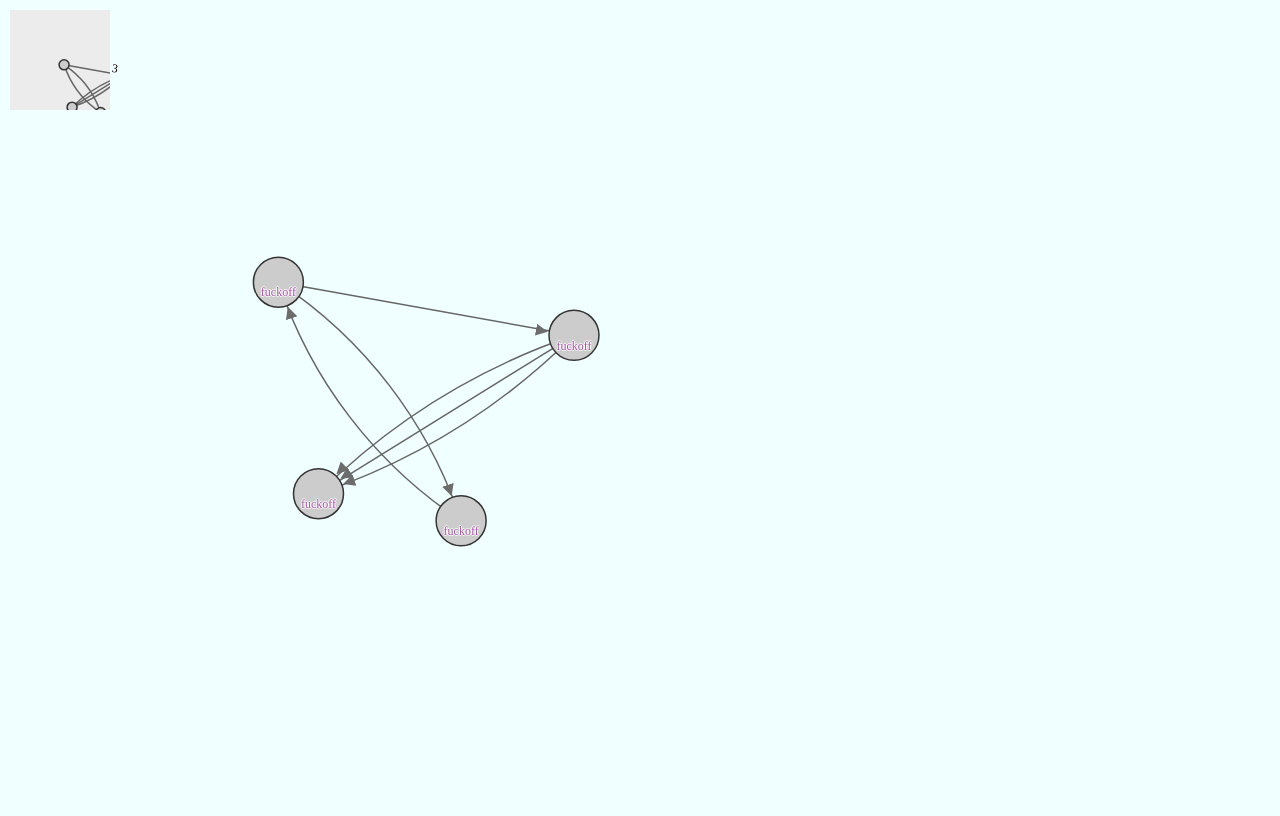
Repository: 467469274/fource
Page: index copy.html
An editor plug-in stored every save of this project. The page is shown before and after the next save, followed by the edit.
The browser window is 1280 px wide. The pictures show the whole page.
Some web libraries are served in a nearby version.

Above is the page before, as saved 2020-10-28 09:43:38.

### index copy.html
<html>
  <head>
    <meta charset="utf-8" />
    <title>关系图示例</title>
    <style>
      .div-left {
        float: right;
      }
    </style>
    <!--  <script charset="utf-8" src="/ews/js/r2d3.min.js"></script> -->
    <!-- <script charset="utf-8" src="d3.v4.min.js"></script> -->
    <script src="http://d3js.org/d3.v5.min.js"></script>
    <script src="./2D.js"></script>
    <script src="http://libs.baidu.com/jquery/2.0.0/jquery.min.js"></script>
    <script src="./index.js"></script>
    <link rel="stylesheet" href="./index.css" />
  </head>
  <body id="body" bgcolor="#F0Ffff">
    <div id="thumbMap"></div>
    <script>
      var clickTime = "";
      var links = [
        {
          targetname: "哇哈哈",
          relaname: "1关系",
          sourcename: "洗刷刷",
          source: "bh001",
          target: "bh002",
        },
        {
          targetname: "哇哈哈",
          relaname: "2关系",
          sourcename: "洗刷刷",
          source: "bh001",

          target: "bh002",
        },
        {
          targetname: "哇哈哈",
          relaname: "3关系",
          sourcename: "洗刷刷",

          source: "bh001",
          target: "bh002",
        },
        {
          targetname: "喜洋洋",
          relaname: "2关系",
          sourcename: "美洋洋",

          source: "bh003",
          target: "bh004",
        },
        {
          targetname: "洗刷刷",
          relaname: "3关系",

          sourcename: "喜洋洋",
          source: "bh003",
          target: "bh001",
        },
        {
          targetname: "喜洋洋",
          relaname: "1关系",
          sourcename: "洗刷刷",
          source: "bh004",

          target: "bh003",
        },
      ];
      //关系分组
      var linkGroup = {};
      var tips = {};
      var startLoc = [];
      var endLoc = [];
      var drawFlag = "";
      const circleInfo = {
        r: 25,
        stroke: 1,
      };

      // console.log(Intersection.intersectShapes)
      const lineDots = {};
      //对连接线进行统计和分组，不区分连接线的方向，只要属于同两个实体，即认为是同一组
      var linkmap = {};
      for (var i = 0; i < links.length; i++) {
        var key =
          links[i].source < links[i].target
            ? links[i].source + ":" + links[i].target
            : links[i].target + ":" + links[i].source;
        if (!linkmap.hasOwnProperty(key)) {
          linkmap[key] = 0;
        }
        linkmap[key] += 1;
        if (!linkGroup.hasOwnProperty(key)) {
          linkGroup[key] = [];
        }
        linkGroup[key].push(links[i]);
      }
      //为每一条连接线分配size属性，同时对每一组连接线进行编号
      for (var i = 0; i < links.length; i++) {
        var key =
          links[i].source < links[i].target
            ? links[i].source + ":" + links[i].target
            : links[i].target + ":" + links[i].source;
        links[i].size = linkmap[key];
        //同一组的关系进行编号
        var group = linkGroup[key];
        var keyPair = key.split(":");
        var type = "noself"; //标示该组关系是指向两个不同实体还是同一个实体
        if (keyPair[0] == keyPair[1]) {
          type = "self";
        }
        //给节点分配编号
        setLinkNumber(group, type);
      }
      //定义参数
      var nodes = {};
      for (var i = 0; i < links.length; i++) {
        var link = links[i];
        link.selected = false;
        link.previouslySelected = false;
        link.source = nodes[link.source] = { name: link.source };
        link.target = nodes[link.target] = { name: link.target };
      }
      const ars = [];
      Object.keys(nodes).forEach((key) => {
        ars.push(nodes[key]);
      });
      links.forEach(function (e) {
        var sourceNode = ars.filter(function (n) {
            return n.name === e.source.name;
          })[0],
          targetNode = ars.filter(function (n) {
            return n.name === e.target.name;
          })[0];
        e.source = sourceNode;
        e.target = targetNode;
      });

      //可以定义展示大小
      var width = 800,
        height = 800;
      var force = d3
        .forceSimulation()
        .force("link", d3.forceLink())
        .force("charge", d3.forceManyBody())
        .force("center", d3.forceCenter());
      //生成节点数据
      force.nodes(ars).on("tick", tick);
      //生成边数据
      force.force("link").links(links).distance(300);
      // //设置图形的中心位置
      force
        .force("center")
        .x(width / 2)
        .y(height / 2);

      var svg = d3
        .select("body")
        .append("svg")
        .attr("width", width)
        .attr("height", height);

      //箭头
      var marker = svg
        .append("marker")
        .attr("id", function (d) {
          return d;
        })
        .attr("id", "resolved")
        .attr("markerUnits", "strokeWidth") //设置为strokeWidth箭头会随着线的粗细发生变化
        .attr("markerUnits", "userSpaceOnUse")
        .attr("viewBox", "0 -5 10 10") //坐标系的区域
        .attr("refX", 32) //箭头坐标
        .attr("refY", -1)
        .attr("markerWidth", 12) //标识的大小
        .attr("markerHeight", 12)
        .attr("orient", "auto") //绘制方向，可设定为：auto（自动确认方向）和 角度值
        .attr("stroke-width", 2) //箭头宽度
        .append("path")
        .attr("d", "M0,-5L10,0L0,5") //箭头的路径
        .attr("fill", "#6c6c6c"); //箭头颜色

      // 将连接线设置为曲线
      var path = drawPath(svg)
        .on("mousemove", function (e) {
          setTips(e, `${e.sourcename}=>${e.targetname}`);
        })
        .on("mouseout", function (e) {
          initTips(e);
        });
      //设置直线上的字
      var edges_text = drawText(svg);

      //圆圈
      var circle = drawCircle(svg)
        .on("dblclick", function (node) {
          // alert("names:"+node.names+" , name:"+node.name);
          console.log(123);
        })
        //给圆圈添加单机事件
        .on("click", function (node) {
          //单击时圆圈上的字
          text.style("fill", function (data) {
            return "#fff";
          });
          //单击时圆圈边线宽度
          circle.style("stroke-width", function (data) {
            return 10;
          });
          //单击时圆圈背景色
          circle.style("fill", function (data) {
            var color = "#FFFAF0"; //圆圈背景色
          });
          //单击时圆圈边缘线颜色
          circle.style("stroke", function (data) {
            return "red";
          });
          //单击时让连接线加粗
          path.style("stroke-width", function (line) {
            return 5;
          });
          path.style("stroke", function (line) {
            return "red";
          });
          //单击时让连接线文字
          edges_text.style("fill", function (line) {
            return "#000000";
          });
        })
        .on("mousemove", function (e) {
          setTips(e);
        })
        .on("mouseout", function (e) {
          initTips(e);
        });

      //圆圈上的字
      var text = drawCircleText(svg);

      //定义坐标
      function tick() {
        path.attr("d", pathD);
        circle.attr("transform", transform1); //圆圈
        text.attr("transform", transform2); //顶点文字
        edges_text.attr("transform", function (d, i) {
          if (d.target.x < d.source.x) {
            bbox = this.getBBox();
            rx = bbox.x + bbox.width / 2;
            ry = bbox.y + bbox.height / 2;
            return "rotate(180 " + rx + " " + ry + ")";
          } else {
            return "rotate(0)";
          }
        });
        drawThumb();
      }
      function initTips(data) {
        Object.keys(tips).forEach((key) => {
          if (key === data.name) {
          }
          tips[key].attr("display", "none");
        });
      }
      function setTips(data, text) {
        if (drawFlag) return;
        const { clientX: x, clientY: y } = d3.event;
        let target;
        if (tips[data.name]) {
          target = tips[data.name];
          target.attr("display", "block");
        } else {
          target = svg.append("g");
          target
            .append("rect")
            .attr("width", 100)
            .attr("height", 100)
            .attr("fill", "red")
            .attr("rx", 10)
            .attr("ry", 10);
          target
            .append("text")
            .text(text || data.name)
            .attr("fill", "white")
            .attr("x", 20)
            .attr("y", 20)
            .attr("text-anchor", "start")
            .style("font-size", "20px")
            .style("user-select", "none")
            .style("color", "blue")
            .attr("dy", 8);
          tips[data.name] = target;
        }
        target.select("text").attr("x", x + 20);
        target.select("text").attr("y", y + 20);
        target.select("rect").attr("x", x);
        target.select("rect").attr("y", y);
      }
      function setLinkNumber(group, type) {
        if (group.length == 0) return;
        //对该分组内的关系按照方向进行分类，此处根据连接的实体ASCII值大小分成两部分
        var linksA = [],
          linksB = [];
        for (var i = 0; i < group.length; i++) {
          var link = group[i];
          if (link.source < link.target) {
            linksA.push(link);
          } else {
            linksB.push(link);
          }
        }
        //确定关系最大编号。为了使得连接两个实体的关系曲线呈现对称，根据关系数量奇偶性进行平分。
        //特殊情况：当关系都是连接到同一个实体时，不平分
        var maxLinkNumber = 0;
        if (type == "self") {
          maxLinkNumber = group.length;
        } else {
          maxLinkNumber =
            group.length % 2 == 0 ? group.length / 2 : (group.length + 1) / 2;
        }
        //如果两个方向的关系数量一样多，直接分别设置编号即可
        if (linksA.length == linksB.length) {
          var startLinkNumber = 1;
          for (var i = 0; i < linksA.length; i++) {
            linksA[i].linknum = startLinkNumber++;
          }
          startLinkNumber = 1;
          for (var i = 0; i < linksB.length; i++) {
            linksB[i].linknum = startLinkNumber++;
          }
        } else {
          //当两个方向的关系数量不对等时，先对数量少的那组关系从最大编号值进行逆序编号，然后在对另一组数量多的关系从编号1一直编号到最大编号，再对剩余关系进行负编号
          //如果抛开负号，可以发现，最终所有关系的编号序列一定是对称的（对称是为了保证后续绘图时曲线的弯曲程度也是对称的）
          var biggerLinks, smallerLinks;
          if (linksA.length > linksB.length) {
            biggerLinks = linksA;
            smallerLinks = linksB;
          } else {
            biggerLinks = linksB;
            smallerLinks = linksA;
          }

          var startLinkNumber = maxLinkNumber;
          for (var i = 0; i < smallerLinks.length; i++) {
            smallerLinks[i].linknum = startLinkNumber--;
          }
          var tmpNumber = startLinkNumber;

          startLinkNumber = 1;
          var p = 0;
          while (startLinkNumber <= maxLinkNumber) {
            biggerLinks[p++].linknum = startLinkNumber++;
          }
          //开始负编号
          startLinkNumber = 0 - tmpNumber;
          for (var i = p; i < biggerLinks.length; i++) {
            biggerLinks[i].linknum = startLinkNumber++;
          }
        }
      }
      function drawSquare() {
        var rect = svg
          .append("rect")
          .attr("width", 0)
          .attr("height", 0)
          .attr("fill", "rgba(33,20,50,0.3)")
          .attr("stroke", "#ccc")
          .attr("stroke-width", "2px")
          .attr("transform", "translate(0,0)")
          .attr("id", "squareSelect");

        svg.on("mousedown", function () {
          if (d3.event.target.localName === "svg") {
            clickTime = new Date().getTime(); //mark start time
            drawFlag = true; //以drawFlag作为可执行圈选的标记
            // rect.attr('x',d3.event.layerX)
            // rect.attr('y',d3.event.layerY)
            rect.attr(
              "transform",
              "translate(" + d3.event.layerX + "," + d3.event.layerY + ")"
            );
            rect.attr("endX", d3.event.layerX);
            rect.attr("endY", d3.event.layerY);
            startLoc = [d3.event.layerX, d3.event.layerY];
          }
        });

        svg.on("mousemove", function () {
          //判断事件target
          if (drawFlag == true) {
            var width = d3.event.layerX - startLoc[0];
            var height = d3.event.layerY - startLoc[1];
            let endX, endY;
            // 各种反向
            if (width < 0) {
              rect.attr(
                "transform",
                "translate(" + d3.event.layerX + "," + startLoc[1] + ")"
              );
              endX = d3.event.layerX;
              endY = startLoc[1];
            }
            if (height < 0) {
              rect.attr(
                "transform",
                "translate(" + startLoc[0] + "," + d3.event.layerY + ")"
              );
              endX = startLoc[0];
              endY = d3.event.layerY;
            }
            if (height < 0 && width < 0) {
              rect.attr(
                "transform",
                "translate(" + d3.event.layerX + "," + d3.event.layerY + ")"
              );

              endX = d3.event.layerX;
              endY = d3.event.layerY;
            }
            endX && rect.attr("endX", endX);
            endY && rect.attr("endY", endY);
            rect
              .attr("width", Math.abs(width))
              .attr("height", Math.abs(height));
          }
        });

        svg.on("mouseup", function () {
          var times = new Date().getTime() - clickTime;
          if (drawFlag == true && times >= 100) {
            console.dir(d3.select("#squareSelect"));
            let rectDom = d3.select("#squareSelect").clone(true);
            console.log(d3.select());
            rectDom.attr("id", "");
            rectDom.attr("transform", "");
            const endX = rectDom.attr("endX");
            const endY = rectDom.attr("endY");
            rectDom.attr("x", endX);
            rectDom.attr("y", endY);
            const rectShape = new Rectangle(rectDom._groups[0][0]);
            // d3.selectAll(".regionNode").attr("temp", function (d) {
            //   endLoc = [d3.event.layerX, d3.event.layerY]; // 框选结束的点的坐标
            //   if (inSquare(d, endLoc)) {
            //     // console.log(this);
            //     d3.select(this)
            //       .style("fill", function (d) {
            //         return this.nodeName === "path" ? "" : "pink";
            //       })
            //       .style("stroke", function (d) {
            //         return this.nodeName === "path" ? "pink" : "";
            //       });
            //   }
            // });
            d3.selectAll(".regionNode")._groups[0].forEach((item) => {
              let isSelect = false;
              if (item.nodeName === "path") {
                console.log(item)
                let shapesPath = new Path(item);
                let inter2 = Intersection.intersectShapes(
                  shapesPath,
                  rectShape
                );
                if (inter2.points.length > 0) {
                  console.log('yes')
                  isSelect = true;
                  svg
                    .selectAll("g")
                    .data(inter2.points)
                    .append("circle")
                    .attr("r", 3)
                    .attr("cx", function (d) {
                      return d.x;
                    })
                    .attr("cy", function (d) {
                      return d.y;
                    })
                    .attr("fill", "steelblue");
                }
              }
              if (!isSelect) {
                // console.log(d3.select(item))
                d3.select(item).attr("temp", function (d) {
                  if (item.nodeName === "path") {
                    let startInSquare = inSquare(d.source, endLoc),
                      endInSquare = inSquare(d.source, endLoc);
                    if (startInSquare || endInSquare) isSelect = true;
                  } else {
                    if (inSquare(d, endLoc)) isSelect = true;
                  }
                });
              }
              if (isSelect) {
                d3.select(item)
                  .style("fill", function (d) {
                    return this.nodeName === "path" ? "" : "pink";
                  })
                  .style("stroke", function (d) {
                    return this.nodeName === "path" ? "pink" : "";
                  });
              }
            });
            rect
              .attr("width", 0)
              .attr("height", 0)
              .attr("endX", 0)
              .attr("endY", 0)
              .attr("opacity", 1);
          }
          drawFlag = false;
        });
      }
      drawSquare();

      function drawThumb() {
        //每次绘制前删除之前的图形（这是一种简单有效的动画理论，但是比较消耗资源，之后会介绍如何节省资源完成需求）
        d3.select("#thumbSvg").remove();
        var thumbSvg = d3
          .select("#thumbMap")
          .append("svg")
          .attr("width", 100)
          .attr("height", 100)
          .attr("id", "thumbSvg");
        let thumbPath = drawPath(thumbSvg, "thumb");
        thumbPath.attr("d", (d) => {
          return pathD(d, "thumb");
        });
        thumbSvg
          .append("g")
          .selectAll("circle")
          .data(ars)
          .enter()
          .append("circle")
          .attr("class", "tnode")
          .attr("r", 5) //图形尺寸都要缩小
          .attr("fill", "red")
          .attr("cx", function (d) {
            return d.x / 5;
          })
          .attr("cy", function (d) {
            return d.y / 5;
          });
      }
    </script>
  </body>
</html>

### index.css

    .link {
        fill: none;
        stroke: #666;
        stroke-width: 1.5px;
      }

      #licensing {
        fill: green;
      }

      .link.licensing {
        stroke: green;
      }

      .link.resolved {
        stroke-dasharray: 0, 2 1;
      }

      circle {
        fill: #ccc;
        stroke: #333;
        stroke-width: 1.5px;
      }
      #forceMap {
        width: 500px;
        height: 500px;
        background: #fff;
        margin-bottom: 10px;
        z-index: 1;
      }
      #thumbMap {
        width: 100px;
        height: 100px;
        background: #ececec;
        position: absolute;
        left: 10px;
        top: 10px;
        z-index: 99;
      }
      text {
        font: 12px Microsoft YaHei;
        pointer-events: none;
        text-shadow: 0 1px 0 #fff, 1px 0 0 #fff, 0 -1px 0 #fff, -1px 0 0 #fff;
      }

      .linetext {
        font-size: 12px Microsoft YaHei;
      }
      .fuckddq {
        background: paleturquoise;
        fill: paleturquoise !important;
      }

Loaded but not shown: 2D.js (3871 lines, source omitted); index.js (203 lines, source omitted)

After the next save:
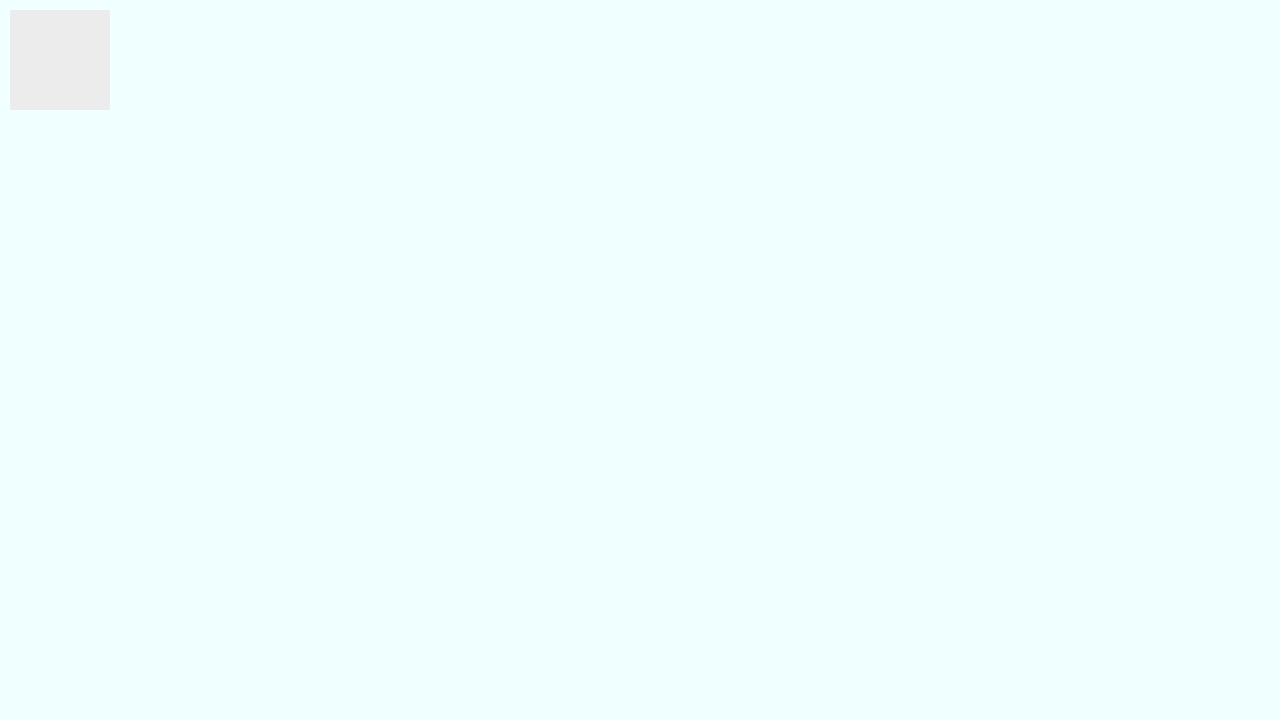
Console error: SyntaxError: missing ) after argument list
Saved 3 s later.
--- a/index copy.html
+++ b/index copy.html
@@ -462,7 +462,7 @@
                   rectShape
                 );
                 if (inter2.points.length > 0) {
-                  console.log('yes')
+                  console.log('yes'item)
                   isSelect = true;
                   svg
                     .selectAll("g")

After the save that followed:
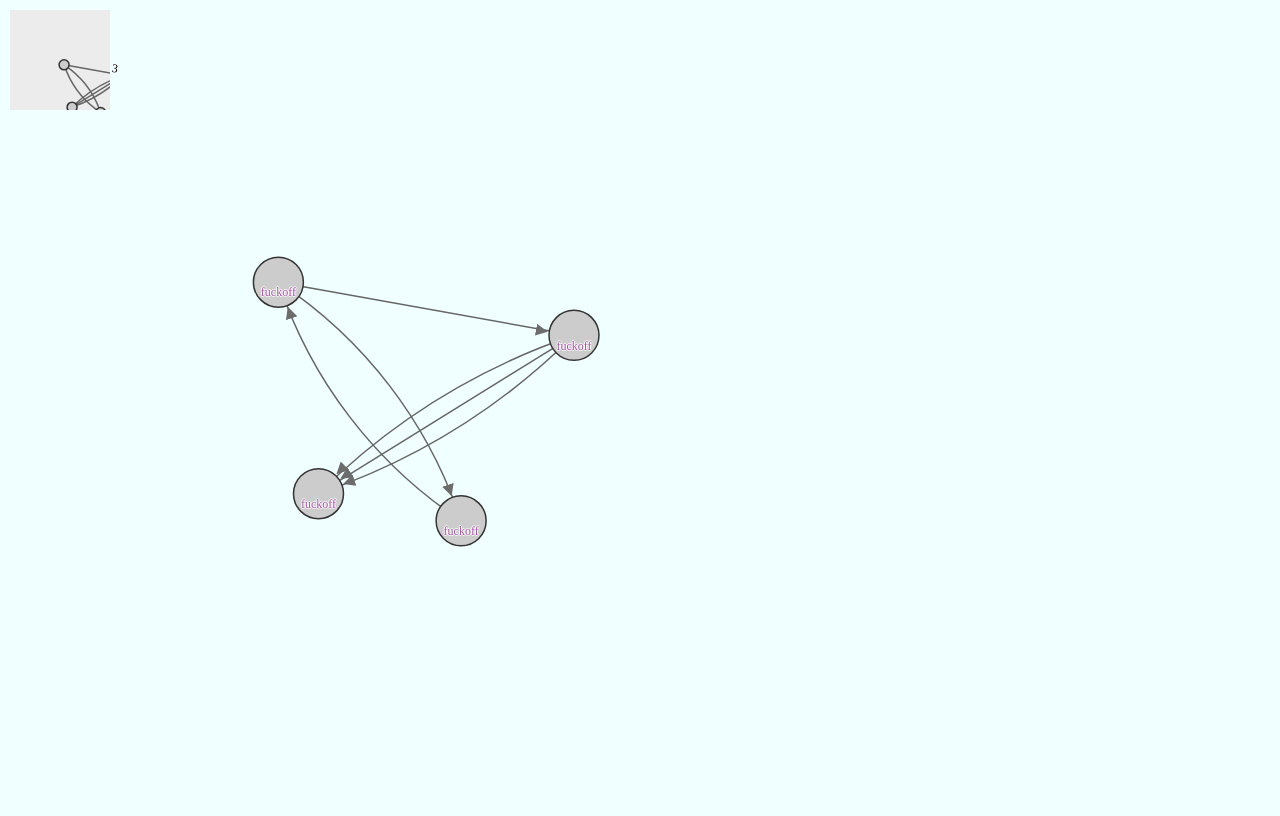
The error is gone.
Saved 10 s later.
--- a/index copy.html
+++ b/index copy.html
@@ -462,7 +462,7 @@
                   rectShape
                 );
                 if (inter2.points.length > 0) {
-                  console.log('yes'item)
+                  console.log('yes',item)
                   isSelect = true;
                   svg
                     .selectAll("g")
@@ -479,6 +479,8 @@
                 }
               }
               if (!isSelect) {
+                console.log('yes',item)
+
                 // console.log(d3.select(item))
                 d3.select(item).attr("temp", function (d) {
                   if (item.nodeName === "path") {
